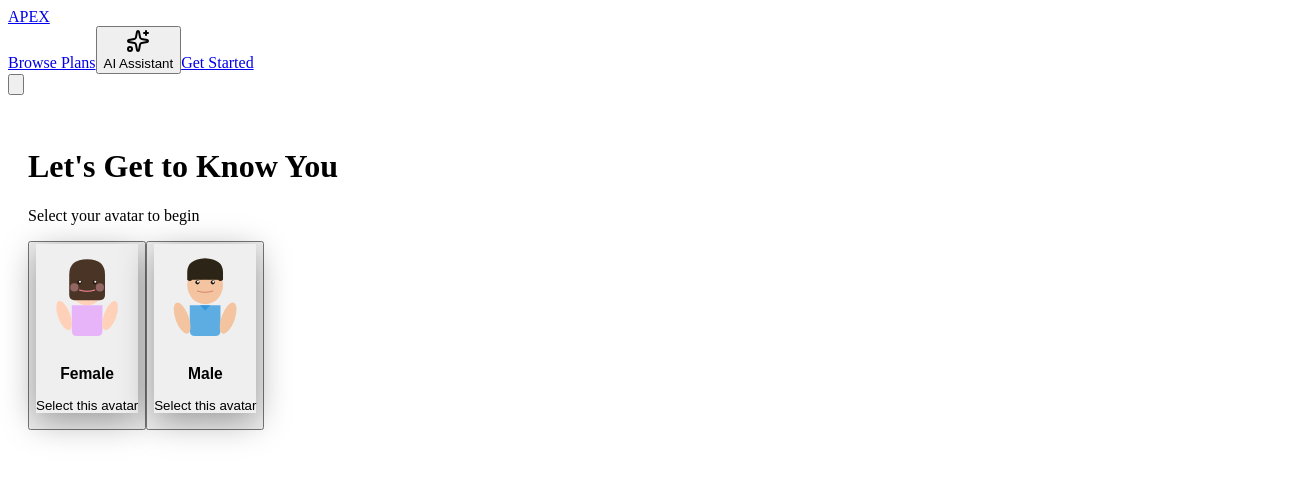
Repository: hmhhmm/Apex-AI-Driven-Insurance-Recommendation-System
Page: /onboarding/avatar-selection (app in client/)
An editor plug-in stored every save of this project. The page is shown before and after the next save, followed by the edit.
The browser window is 1280 px wide. The page is 1312 px wide, so the pictures cover 1312 px, including what lies to the right of the window. The pictures show the whole page.
The project was rebuilt for these pictures with package versions that can differ from the ones it lists, and the page was loaded fresh each time. Also part of the build but not shown: client/src/components/chat/ChatHeader.tsx, client/src/components/chat/ChatMessages.tsx, client/src/components/chat/QuickActions.tsx, client/src/components/chat/ChatInput.tsx, client/src/components/landing/ParticleBackground.tsx, client/src/components/landing/AnimatedHero.tsx, client/src/components/landing/DashboardCard.tsx, client/src/pages/Landing.tsx and 11 more.

Above is the page before, as saved 2025-11-02 00:55:34.

### client/index.html
<!DOCTYPE html>
<html lang="en">
  <head>
    <meta charset="UTF-8" />
    <meta name="viewport" content="width=device-width, initial-scale=1.0" />
    <title>APEX</title>
  </head>
  <body>
    <div id="root"></div>
    <script type="module" src="/src/main.tsx"></script>
  </body>
</html>

### client/src/main.tsx
import React from 'react'
import { createRoot } from 'react-dom/client'
import App from './App'
import './styles.css'

const container = document.getElementById('root')!
const root = createRoot(container)
root.render(
  <React.StrictMode>
    <App />
  </React.StrictMode>
)

### client/src/store/authStore.ts
import { create } from 'zustand'
import { persist } from 'zustand/middleware'

interface User {
  id: string
  email: string
  name: string
  hasPurchased: boolean
  activePlans?: any[]
}

interface AuthState {
  user: User | null
  isAuthenticated: boolean
  login: (email: string, password: string) => Promise<void>
  signup: (email: string, password: string, name: string) => Promise<void>
  logout: () => void
}

export const useAuthStore = create<AuthState>()(
  persist(
    (set) => ({
      user: null,
      isAuthenticated: false,

      login: async (email, password) => {
        // Mock login - replace with real API call
        await new Promise(resolve => setTimeout(resolve, 1000))

        const mockUser: User = {
          id: '1',
          email,
          name: email.split('@')[0],
          hasPurchased: false,
        }

        set({ user: mockUser, isAuthenticated: true })
      },

      signup: async (email, password, name) => {
        // Mock signup - replace with real API call
        await new Promise(resolve => setTimeout(resolve, 1000))

        const mockUser: User = {
          id: Math.random().toString(36).substr(2, 9),
          email,
          name,
          hasPurchased: false,
        }

        set({ user: mockUser, isAuthenticated: true })
      },

      logout: () => {
        set({ user: null, isAuthenticated: false })
      },
    }),
    {
      name: 'apex-auth',
    }
  )
)

### client/src/hooks/useChatPanel.ts
import { useEffect } from 'react'
import { useLocation } from 'react-router-dom'
import { useChatPanelStore } from '../store/chatPanelStore'

export const useChatPanel = () => {
  const location = useLocation()
  const {
    isOpen,
    messages,
    isTyping,
    openChat,
    closeChat,
    toggleChat,
    sendMessage,
    setContext,
    markAsRead
  } = useChatPanelStore()

  // Update context when route changes
  useEffect(() => {
    setContext(location.pathname)
  }, [location.pathname, setContext])

  // Get unread message count
  const unreadCount = messages.filter(m => !m.read && m.type === 'bot').length

  return {
    isOpen,
    messages,
    isTyping,
    unreadCount,
    openChat,
    closeChat,
    toggleChat,
    sendMessage,
    markAsRead,
    currentPage: location.pathname,
  }
}

### client/src/hooks/useKeyboardShortcut.ts
import { useEffect } from 'react'

interface KeyboardShortcutOptions {
  key: string
  ctrlKey?: boolean
  metaKey?: boolean
  shiftKey?: boolean
  altKey?: boolean
  callback: () => void
}

export const useKeyboardShortcut = ({
  key,
  ctrlKey = false,
  metaKey = false,
  shiftKey = false,
  altKey = false,
  callback,
}: KeyboardShortcutOptions) => {
  useEffect(() => {
    const handleKeyDown = (event: KeyboardEvent) => {
      // Check if all modifier keys match
      const ctrlMatch = ctrlKey ? event.ctrlKey : !event.ctrlKey
      const metaMatch = metaKey ? event.metaKey : !event.metaKey
      const shiftMatch = shiftKey ? event.shiftKey : !event.shiftKey
      const altMatch = altKey ? event.altKey : !event.altKey

      // Check if key matches (case-insensitive)
      const keyMatch = event.key.toLowerCase() === key.toLowerCase()

      if (keyMatch && ctrlMatch && metaMatch && shiftMatch && altMatch) {
        event.preventDefault()
        callback()
      }
    }

    window.addEventListener('keydown', handleKeyDown)
    return () => window.removeEventListener('keydown', handleKeyDown)
  }, [key, ctrlKey, metaKey, shiftKey, altKey, callback])
}

// Specific hook for chat toggle (Cmd/Ctrl + K)
export const useChatToggleShortcut = (callback: () => void) => {
  useKeyboardShortcut({
    key: 'k',
    ctrlKey: true,
    metaKey: true, // Works for both Ctrl (Windows) and Cmd (Mac)
    callback,
  })
}

// Specific hook for closing chat (Escape)
export const useEscapeKey = (callback: () => void) => {
  useKeyboardShortcut({
    key: 'Escape',
    callback,
  })
}

### client/src/components/chat/ChatPanel.tsx
import { motion, AnimatePresence } from 'framer-motion'
import { useChatPanel } from '../../hooks/useChatPanel'
import { useEscapeKey } from '../../hooks/useKeyboardShortcut'
import ChatHeader from './ChatHeader'
import ChatMessages from './ChatMessages'
import QuickActions from './QuickActions'
import ChatInput from './ChatInput'

const ChatPanel = () => {
  const { isOpen, closeChat } = useChatPanel()

  // Close chat on Escape key
  useEscapeKey(closeChat)

  return (
    <AnimatePresence>
      {isOpen && (
        <>
          {/* Optional backdrop for focus - uncomment if desired */}
          {/* <motion.div
            initial={{ opacity: 0 }}
            animate={{ opacity: 1 }}
            exit={{ opacity: 0 }}
            onClick={closeChat}
            className="fixed inset-0 bg-black/20 z-30"
          /> */}

          {/* Chat Panel - Desktop */}
          <motion.aside
            initial={{ x: '100%' }}
            animate={{ x: 0 }}
            exit={{ x: '100%' }}
            transition={{
              type: 'spring',
              damping: 30,
              stiffness: 300,
              mass: 0.8
            }}
            className="hidden md:flex fixed right-0 top-16 h-[calc(100vh-4rem)] w-[25%] min-w-[300px] max-w-[500px] bg-zinc-950 border-l border-zinc-800 shadow-2xl shadow-black/50 z-40 flex-col"
          >
            <ChatHeader />
            <ChatMessages />
            <QuickActions />
            <ChatInput />
          </motion.aside>

          {/* Chat Panel - Mobile (Full Screen Overlay) */}
          <motion.div
            initial={{ y: '100%' }}
            animate={{ y: 0 }}
            exit={{ y: '100%' }}
            transition={{
              type: 'spring',
              damping: 30,
              stiffness: 300
            }}
            className="md:hidden fixed inset-0 top-16 bg-zinc-950 z-40 flex flex-col"
          >
            <ChatHeader />
            <ChatMessages />
            <QuickActions />
            <ChatInput />
          </motion.div>
        </>
      )}
    </AnimatePresence>
  )
}

export default ChatPanel

### client/src/pages/onboarding/AvatarSelection.tsx
import { useState } from 'react'
import { motion, AnimatePresence } from 'framer-motion'
import { useNavigate } from 'react-router-dom'
import { useOnboardingStore } from '../../store/onboardingStore'

type Gender = 'male' | 'female' | null

export default function AvatarSelection() {
  const navigate = useNavigate()
  const { setSelectedGender: saveGender } = useOnboardingStore()
  const [selectedGender, setSelectedGender] = useState<Gender>(null)

  const handleGenderSelect = (gender: Gender) => {
    setSelectedGender(gender)
    // Wait for animation then navigate
    setTimeout(() => {
      if (gender) {
        saveGender(gender)
      }
      navigate('/onboarding/quick-assessment')
    }, 800)
  }

  return (
    <div className="min-h-screen flex items-center justify-center relative overflow-hidden">
      {/* Enhanced Background - Same as Landing */}
      <div className="fixed inset-0 -z-10">
        {/* Base gradient */}
        <div className="absolute inset-0 bg-gradient-to-br from-[#0a0a0a] via-[#1a1a2e] to-[#0a0a0a]" />

        {/* Animated gradient orbs */}
        <motion.div
          className="absolute top-0 -left-1/4 w-1/2 h-1/2 bg-purple-500/20 rounded-full blur-[120px]"
          animate={{
            scale: [1, 1.2, 1],
            opacity: [0.3, 0.5, 0.3],
          }}
          transition={{
            duration: 8,
            repeat: Infinity,
            ease: "easeInOut"
          }}
        />
        <motion.div
          className="absolute top-1/4 -right-1/4 w-1/2 h-1/2 bg-blue-500/20 rounded-full blur-[120px]"
          animate={{
            scale: [1.2, 1, 1.2],
            opacity: [0.4, 0.6, 0.4],
          }}
          transition={{
            duration: 10,
            repeat: Infinity,
            ease: "easeInOut"
          }}
        />
        <motion.div
          className="absolute bottom-0 left-1/3 w-1/2 h-1/2 bg-cyan-500/15 rounded-full blur-[100px]"
          animate={{
            scale: [1, 1.3, 1],
            opacity: [0.2, 0.4, 0.2],
          }}
          transition={{
            duration: 12,
            repeat: Infinity,
            ease: "easeInOut"
          }}
        />

        {/* Subtle grid overlay */}
        <div className="absolute inset-0 bg-[linear-gradient(rgba(255,255,255,0.02)_1px,transparent_1px),linear-gradient(90deg,rgba(255,255,255,0.02)_1px,transparent_1px)] bg-[size:100px_100px] [mask-image:radial-gradient(ellipse_80%_50%_at_50%_50%,black,transparent)]" />
      </div>

      <div className="relative z-10 w-full max-w-6xl mx-auto px-4">
        <AnimatePresence mode="wait">
          {!selectedGender ? (
            // Initial State: Show both avatars
            <motion.div
              key="selection"
              initial={{ opacity: 0, y: 20 }}
              animate={{ opacity: 1, y: 0 }}
              exit={{ opacity: 0, scale: 0.9 }}
              className="text-center"
            >
              <h1 className="text-5xl md:text-6xl font-bold mb-4">
                <span className="text-gradient">Let's Get to Know You</span>
              </h1>
              <p className="text-xl text-gray-400 mb-16">
                Select your avatar to begin
              </p>

              <div className="grid md:grid-cols-2 gap-12 max-w-4xl mx-auto">
                {/* Female Avatar */}
                <motion.button
                  onClick={() => handleGenderSelect('female')}
                  whileHover={{ scale: 1.05 }}
                  whileTap={{ scale: 0.95 }}
                  className="group relative"
                >
                  <div className="backdrop-blur-2xl bg-gradient-to-br from-white/[0.07] to-white/[0.02] border border-white/10 rounded-3xl p-8 hover:border-pink-500/50 transition-all duration-300 hover:shadow-2xl hover:shadow-pink-500/30" style={{ boxShadow: '0 8px 32px 0 rgba(0, 0, 0, 0.37)' }}>
                    {/* Female Avatar SVG */}
                    <div className="w-64 h-64 mx-auto mb-6 relative">
                      <svg viewBox="0 0 200 200" className="w-full h-full">
                        {/* Head */}
                        <ellipse cx="100" cy="80" rx="35" ry="40" fill="#FFD1B8" />

                        {/* Hair */}
                        <path d="M 65 60 Q 65 30, 100 30 Q 135 30, 135 60 L 135 100 Q 135 110, 125 110 L 75 110 Q 65 110, 65 100 Z" fill="#4A3426" />

                        {/* Eyes */}
                        <circle cx="85" cy="75" r="4" fill="#2C1810" />
                        <circle cx="115" cy="75" r="4" fill="#2C1810" />
                        <circle cx="86" cy="74" r="2" fill="white" />
                        <circle cx="116" cy="74" r="2" fill="white" />

                        {/* Smile */}
                        <path d="M 85 90 Q 100 95, 115 90" stroke="#FF8B9A" strokeWidth="2" fill="none" strokeLinecap="round" />

                        {/* Rosy cheeks */}
                        <circle cx="75" cy="85" r="8" fill="#FFB3C1" opacity="0.4" />
                        <circle cx="125" cy="85" r="8" fill="#FFB3C1" opacity="0.4" />

                        {/* Body - Blouse */}
                        <path d="M 70 120 L 70 170 Q 70 180, 80 180 L 120 180 Q 130 180, 130 170 L 130 120 Z" fill="#E8B4F9" />

                        {/* Arms */}
                        <ellipse cx="55" cy="140" rx="12" ry="30" fill="#FFD1B8" transform="rotate(-20 55 140)" />
                        <ellipse cx="145" cy="140" rx="12" ry="30" fill="#FFD1B8" transform="rotate(20 145 140)" />
                      </svg>
                    </div>

                    <h3 className="text-2xl font-bold text-white mb-2">Female</h3>
                    <p className="text-gray-400">Select this avatar</p>
                  </div>
                </motion.button>

                {/* Male Avatar */}
                <motion.button
                  onClick={() => handleGenderSelect('male')}
                  whileHover={{ scale: 1.05 }}
                  whileTap={{ scale: 0.95 }}
                  className="group relative"
                >
                  <div className="backdrop-blur-2xl bg-gradient-to-br from-white/[0.07] to-white/[0.02] border border-white/10 rounded-3xl p-8 hover:border-blue-500/50 transition-all duration-300 hover:shadow-2xl hover:shadow-blue-500/30" style={{ boxShadow: '0 8px 32px 0 rgba(0, 0, 0, 0.37)' }}>
                    {/* Male Avatar SVG */}
                    <div className="w-64 h-64 mx-auto mb-6 relative">
                      <svg viewBox="0 0 200 200" className="w-full h-full">
                        {/* Head */}
                        <ellipse cx="100" cy="80" rx="35" ry="38" fill="#F4C4A0" />

                        {/* Hair - Short cut */}
                        <path d="M 65 55 Q 65 30, 100 28 Q 135 30, 135 55 L 135 70 Q 130 75, 125 70 L 75 70 Q 70 75, 65 70 Z" fill="#2C2416" />

                        {/* Eyes */}
                        <circle cx="85" cy="75" r="4" fill="#1A120C" />
                        <circle cx="115" cy="75" r="4" fill="#1A120C" />
                        <circle cx="86" cy="74" r="2" fill="white" />
                        <circle cx="116" cy="74" r="2" fill="white" />

                        {/* Smile */}
                        <path d="M 85 92 Q 100 97, 115 92" stroke="#D4876F" strokeWidth="2" fill="none" strokeLinecap="round" />

                        {/* Eyebrows */}
                        <path d="M 78 68 Q 85 66, 92 68" stroke="#2C2416" strokeWidth="2.5" fill="none" strokeLinecap="round" />
                        <path d="M 108 68 Q 115 66, 122 68" stroke="#2C2416" strokeWidth="2.5" fill="none" strokeLinecap="round" />

                        {/* Body - Shirt */}
                        <path d="M 70 120 L 70 170 Q 70 180, 80 180 L 120 180 Q 130 180, 130 170 L 130 120 Z" fill="#5DADE2" />

                        {/* Collar */}
                        <polygon points="90,120 100,130 110,120" fill="#3498DB" />

                        {/* Arms */}
                        <ellipse cx="55" cy="145" rx="13" ry="32" fill="#F4C4A0" transform="rotate(-20 55 145)" />
                        <ellipse cx="145" cy="145" rx="13" ry="32" fill="#F4C4A0" transform="rotate(20 145 145)" />
                      </svg>
                    </div>

                    <h3 className="text-2xl font-bold text-white mb-2">Male</h3>
                    <p className="text-gray-400">Select this avatar</p>
                  </div>
                </motion.button>
              </div>
            </motion.div>
          ) : (
            // Selected State: Show centered avatar
            <motion.div
              key="selected"
              initial={{ scale: 1.2, opacity: 0 }}
              animate={{ scale: 1, opacity: 1 }}
              className="text-center"
            >
              <div className="w-48 h-48 mx-auto mb-8">
                {selectedGender === 'female' ? (
                  <svg viewBox="0 0 200 200" className="w-full h-full">
                    {/* Female Avatar - Same as above */}
                    <ellipse cx="100" cy="80" rx="35" ry="40" fill="#FFD1B8" />
                    <path d="M 65 60 Q 65 30, 100 30 Q 135 30, 135 60 L 135 100 Q 135 110, 125 110 L 75 110 Q 65 110, 65 100 Z" fill="#4A3426" />
                    <circle cx="85" cy="75" r="4" fill="#2C1810" />
                    <circle cx="115" cy="75" r="4" fill="#2C1810" />
                    <circle cx="86" cy="74" r="2" fill="white" />
                    <circle cx="116" cy="74" r="2" fill="white" />
                    <path d="M 85 90 Q 100 95, 115 90" stroke="#FF8B9A" strokeWidth="2" fill="none" strokeLinecap="round" />
                    <circle cx="75" cy="85" r="8" fill="#FFB3C1" opacity="0.4" />
                    <circle cx="125" cy="85" r="8" fill="#FFB3C1" opacity="0.4" />
                    <path d="M 70 120 L 70 170 Q 70 180, 80 180 L 120 180 Q 130 180, 130 170 L 130 120 Z" fill="#E8B4F9" />
                    <ellipse cx="55" cy="140" rx="12" ry="30" fill="#FFD1B8" transform="rotate(-20 55 140)" />
                    <ellipse cx="145" cy="140" rx="12" ry="30" fill="#FFD1B8" transform="rotate(20 145 140)" />
                  </svg>
                ) : (
                  <svg viewBox="0 0 200 200" className="w-full h-full">
                    {/* Male Avatar - Same as above */}
                    <ellipse cx="100" cy="80" rx="35" ry="38" fill="#F4C4A0" />
                    <path d="M 65 55 Q 65 30, 100 28 Q 135 30, 135 55 L 135 70 Q 130 75, 125 70 L 75 70 Q 70 75, 65 70 Z" fill="#2C2416" />
                    <circle cx="85" cy="75" r="4" fill="#1A120C" />
                    <circle cx="115" cy="75" r="4" fill="#1A120C" />
                    <circle cx="86" cy="74" r="2" fill="white" />
                    <circle cx="116" cy="74" r="2" fill="white" />
                    <path d="M 85 92 Q 100 97, 115 92" stroke="#D4876F" strokeWidth="2" fill="none" strokeLinecap="round" />
                    <path d="M 78 68 Q 85 66, 92 68" stroke="#2C2416" strokeWidth="2.5" fill="none" strokeLinecap="round" />
                    <path d="M 108 68 Q 115 66, 122 68" stroke="#2C2416" strokeWidth="2.5" fill="none" strokeLinecap="round" />
                    <path d="M 70 120 L 70 170 Q 70 180, 80 180 L 120 180 Q 130 180, 130 170 L 130 120 Z" fill="#5DADE2" />
                    <polygon points="90,120 100,130 110,120" fill="#3498DB" />
                    <ellipse cx="55" cy="145" rx="13" ry="32" fill="#F4C4A0" transform="rotate(-20 55 145)" />
                    <ellipse cx="145" cy="145" rx="13" ry="32" fill="#F4C4A0" transform="rotate(20 145 145)" />
                  </svg>
                )}
              </div>

              <motion.div
                initial={{ opacity: 0 }}
                animate={{ opacity: 1 }}
                transition={{ delay: 0.3 }}
              >
                <div className="inline-flex items-center gap-2 px-4 py-2 bg-green-950/30 text-green-400 rounded-full border border-green-800/30 mb-4">
                  <span>✓</span>
                  <span>Perfect! Let's continue...</span>
                </div>
              </motion.div>
            </motion.div>
          )}
        </AnimatePresence>
      </div>
    </div>
  )
}

### client/src/components/chat/ChatToggleButton.tsx
import { useChatPanel } from '../../hooks/useChatPanel'
import { Sparkles } from 'lucide-react'

const ChatToggleButton = () => {
  const { isOpen, toggleChat, unreadCount } = useChatPanel()

  return (
    <button
      onClick={toggleChat}
      className="relative flex items-center gap-2.5 px-5 py-2.5 bg-gradient-to-r from-purple-900/40 to-purple-800/30 backdrop-blur-xl text-purple-300 rounded-xl hover:from-purple-800/50 hover:to-purple-700/40 border border-purple-500/20 hover:border-purple-400/40 transition-all duration-300 group shadow-lg shadow-purple-900/20 hover:shadow-purple-800/30"
      title="Toggle AI Assistant (Cmd/Ctrl + K)"
    >
      <div className="relative">
        <Sparkles className="w-4 h-4 group-hover:scale-110 transition-transform duration-300" />
        <div className="absolute inset-0 blur-md bg-purple-400/20 group-hover:bg-purple-300/30 transition-all duration-300" />
      </div>
      <span className="hidden sm:inline font-medium text-sm bg-gradient-to-r from-purple-200 to-purple-400 bg-clip-text text-transparent">
        AI Assistant
      </span>

      {!isOpen && unreadCount > 0 && (
        <span className="absolute -top-1 -right-1 w-5 h-5 bg-gradient-to-br from-red-500 to-red-600 rounded-full text-xs flex items-center justify-center font-bold animate-pulse text-white shadow-lg shadow-red-500/50">
          {unreadCount}
        </span>
      )}
    </button>
  )
}

export default ChatToggleButton

Loaded but not shown: client/src/styles.css (704 lines, source omitted); client/src/store/chatPanelStore.ts (182 lines, source omitted); client/src/components/layout/Navigation.tsx (160 lines, source omitted); client/src/store/onboardingStore.ts (172 lines, source omitted); client/src/App.tsx (89 lines, source omitted)

After the next save:
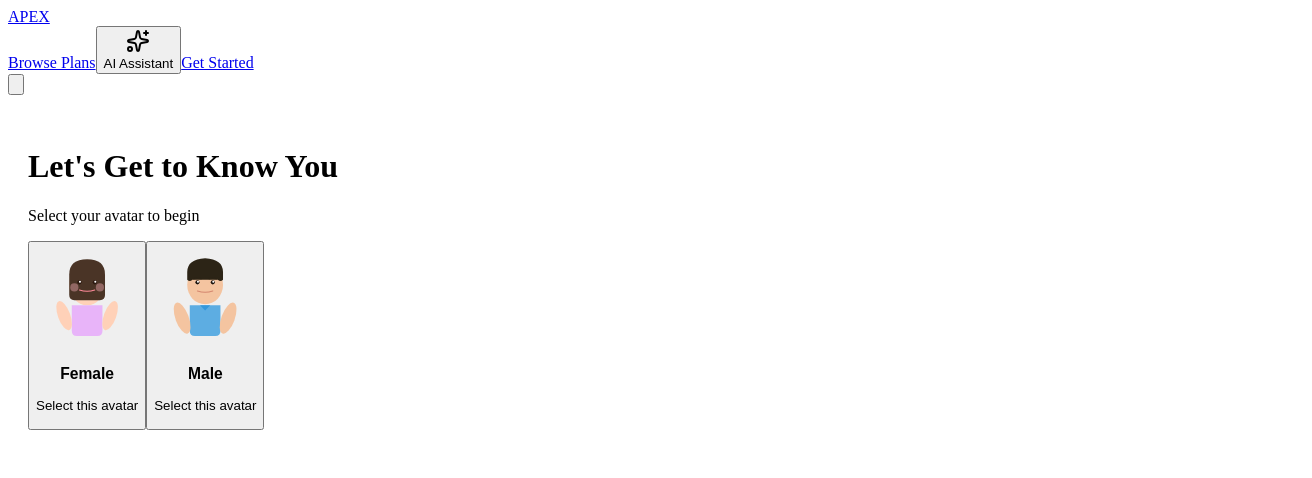
Saved 7 min 6 s later.
--- a/client/src/pages/onboarding/AvatarSelection.tsx
+++ b/client/src/pages/onboarding/AvatarSelection.tsx
@@ -2,6 +2,7 @@ import { useState } from 'react'
 import { motion, AnimatePresence } from 'framer-motion'
 import { useNavigate } from 'react-router-dom'
 import { useOnboardingStore } from '../../store/onboardingStore'
+import Spline from '@splinetool/react-spline'
 
 type Gender = 'male' | 'female' | null
 
@@ -22,52 +23,10 @@ export default function AvatarSelection() {
   }
 
   return (
-    <div className="min-h-screen flex items-center justify-center relative overflow-hidden">
-      {/* Enhanced Background - Same as Landing */}
-      <div className="fixed inset-0 -z-10">
-        {/* Base gradient */}
-        <div className="absolute inset-0 bg-gradient-to-br from-[#0a0a0a] via-[#1a1a2e] to-[#0a0a0a]" />
-
-        {/* Animated gradient orbs */}
-        <motion.div
-          className="absolute top-0 -left-1/4 w-1/2 h-1/2 bg-purple-500/20 rounded-full blur-[120px]"
-          animate={{
-            scale: [1, 1.2, 1],
-            opacity: [0.3, 0.5, 0.3],
-          }}
-          transition={{
-            duration: 8,
-            repeat: Infinity,
-            ease: "easeInOut"
-          }}
-        />
-        <motion.div
-          className="absolute top-1/4 -right-1/4 w-1/2 h-1/2 bg-blue-500/20 rounded-full blur-[120px]"
-          animate={{
-            scale: [1.2, 1, 1.2],
-            opacity: [0.4, 0.6, 0.4],
-          }}
-          transition={{
-            duration: 10,
-            repeat: Infinity,
-            ease: "easeInOut"
-          }}
-        />
-        <motion.div
-          className="absolute bottom-0 left-1/3 w-1/2 h-1/2 bg-cyan-500/15 rounded-full blur-[100px]"
-          animate={{
-            scale: [1, 1.3, 1],
-            opacity: [0.2, 0.4, 0.2],
-          }}
-          transition={{
-            duration: 12,
-            repeat: Infinity,
-            ease: "easeInOut"
-          }}
-        />
-
-        {/* Subtle grid overlay */}
-        <div className="absolute inset-0 bg-[linear-gradient(rgba(255,255,255,0.02)_1px,transparent_1px),linear-gradient(90deg,rgba(255,255,255,0.02)_1px,transparent_1px)] bg-[size:100px_100px] [mask-image:radial-gradient(ellipse_80%_50%_at_50%_50%,black,transparent)]" />
+    <div className="min-h-screen bg-black flex items-center justify-center relative overflow-hidden">
+      {/* Animated Background */}
+      <div className="absolute inset-0 bg-gradient-to-br from-blue-950 via-purple-950 to-black">
+        <div className="absolute inset-0 grid-bg opacity-20"></div>
       </div>
 
       <div className="relative z-10 w-full max-w-6xl mx-auto px-4">
@@ -96,7 +55,7 @@ export default function AvatarSelection() {
                   whileTap={{ scale: 0.95 }}
                   className="group relative"
                 >
-                  <div className="backdrop-blur-2xl bg-gradient-to-br from-white/[0.07] to-white/[0.02] border border-white/10 rounded-3xl p-8 hover:border-pink-500/50 transition-all duration-300 hover:shadow-2xl hover:shadow-pink-500/30" style={{ boxShadow: '0 8px 32px 0 rgba(0, 0, 0, 0.37)' }}>
+                  <div className="card p-8 hover:border-pink-500 transition-all duration-300 hover:shadow-2xl hover:shadow-pink-500/30">
                     {/* Female Avatar SVG */}
                     <div className="w-64 h-64 mx-auto mb-6 relative">
                       <svg viewBox="0 0 200 200" className="w-full h-full">
@@ -140,7 +99,7 @@ export default function AvatarSelection() {
                   whileTap={{ scale: 0.95 }}
                   className="group relative"
                 >
-                  <div className="backdrop-blur-2xl bg-gradient-to-br from-white/[0.07] to-white/[0.02] border border-white/10 rounded-3xl p-8 hover:border-blue-500/50 transition-all duration-300 hover:shadow-2xl hover:shadow-blue-500/30" style={{ boxShadow: '0 8px 32px 0 rgba(0, 0, 0, 0.37)' }}>
+                  <div className="card p-8 hover:border-blue-500 transition-all duration-300 hover:shadow-2xl hover:shadow-blue-500/30">
                     {/* Male Avatar SVG */}
                     <div className="w-64 h-64 mx-auto mb-6 relative">
                       <svg viewBox="0 0 200 200" className="w-full h-full">
